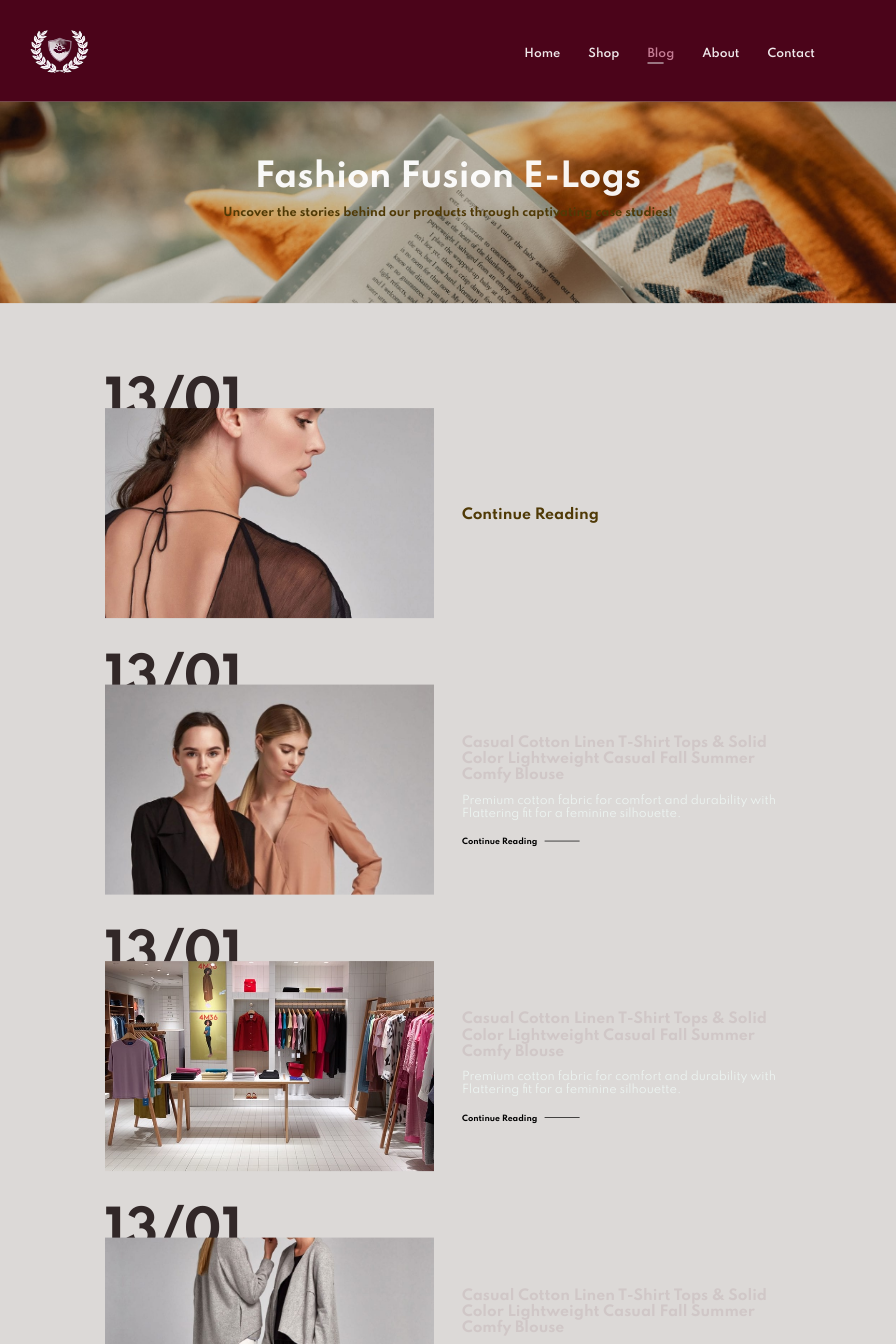
Repository: JhananiNallasamy/ECommerce-website-deployment
Page: blog.html
An editor plug-in stored every save of this project. The page is shown before and after a run of saves, followed by the edit.
The browser window is 1280 px wide. The pictures show the part of the page from y = 0 to 1920 px (the page is 3598 px tall), at 70% of full size.
Some web libraries are served in a nearby version.

Above is the page before, as saved 2024-05-05 10:34:44.

### blog.html
<!DOCTYPE html>
<html lang="en">
<head>
    <meta charset="UTF-8">
    <meta name="viewport" content="width=device-width, initial-scale=1.0">
    <title>E-COMMERCE WEBSITE</title>
    <link rel="stylesheet" href="https://pro.fontawesome.com/releases/v5.10.0/css/all.css"/>
    <link rel="stylesheet" href="style.css">
</head>

<body style="background-color: rgba(157, 149, 144, 0.353);">
    <section id="header">
        <a href="#"> <img src="img/logo.png" height="80px", width="90px" class="logo" alt="logo"> </a>

        <div>
            <ul id="navbar">
                <li><a href="index.html">Home</a></li>
                <li><a>Shop</a></li>
                <li><a class="active" href="blog.html">Blog</a></li>
                <li><a href="about.html">About</a></li>
                <li><a href="contact.html">Contact</a></li>
                <li id="lg-bag"><a href="cart.html"><i class="far fa-shopping-bag"></i></a></li>
                <a href="#" id="close"><i class="far fa-times"></i></a>
            </ul>
        </div>
        <div id="mobile">
            <a href="cart.html"><i class="far fa-shopping-bag"></i></a>
            <i id="bar" class="fas fa-outdent"></i>
        </div>
    </section>

    <!--nav bar code at top is over -->

    <section id="page-header" class="blog-header">

        <h2 style="color: #fffffff1">Fashion Fusion E-Logs</h2>
        <p style="color: #503a06; font-weight: bold;">Uncover the stories behind our products through captivating case studies!</p><br>
    </section>

    <section id="blog">
        <div class="blog-box">
            <div class="blog-img">
                <img src="img/blog/b1.jpg" alt="b1 in blog">
            </div>
            <div class="blog-details">
            <h4 style="color: #503a06;> Casual Cotton Linen T-Shirt Tops & Solid Color Lightweight Casual Fall Summer Comfy Blouse </h4>
            <p>Premium cotton fabric for comfort and durability with Flattering fit for a feminine silhouette.</p>
            <a href="#"> Continue Reading </a>
            </div>
            <h1>13/01</h1>
        </div>
        <div class="blog-box">
            <div class="blog-img">
                <img src="img/blog/b2.jpg" alt="b2 in blog">
            </div>
            <div class="blog-details">
            <h4> Casual Cotton Linen T-Shirt Tops & Solid Color Lightweight Casual Fall Summer Comfy Blouse </h4>
            <p>Premium cotton fabric for comfort and durability with Flattering fit for a feminine silhouette.</p>
            <a href="#"> Continue Reading </a>
            </div>
            <h1>13/01</h1>
        </div>
        <div class="blog-box">
            <div class="blog-img">
                <img src="img/blog/b3.jpg" alt="b3 in blog">
            </div>
            <div class="blog-details">
            <h4> Casual Cotton Linen T-Shirt Tops & Solid Color Lightweight Casual Fall Summer Comfy Blouse </h4>
            <p>Premium cotton fabric for comfort and durability with Flattering fit for a feminine silhouette.</p>
            <a href="#"> Continue Reading </a>
            </div>
            <h1>13/01</h1>
        </div>
        <div class="blog-box">
            <div class="blog-img">
                <img src="img/blog/b4.jpg" alt="b4 in blog">
            </div>
            <div class="blog-details">
            <h4> Casual Cotton Linen T-Shirt Tops & Solid Color Lightweight Casual Fall Summer Comfy Blouse </h4>
            <p>Premium cotton fabric for comfort and durability with Flattering fit for a feminine silhouette.</p>
            <a href="#"> Continue Reading </a>
            </div>
            <h1>13/01</h1>
        </div>
        <div class="blog-box">
            <div class="blog-img">
                <img src="img/blog/b5.jpg" alt="b5 in blog">
            </div>
            <div class="blog-details">
            <h4> Casual Cotton Linen T-Shirt Tops & Solid Color Lightweight Casual Fall Summer Comfy Blouse </h4>
            <p>Premium cotton fabric for comfort and durability with Flattering fit for a feminine silhouette.</p>
            <a href="#"> Continue Reading </a>
            </div>
            <h1>13/01</h1>
        </div>



    </section>
        <section id="pagination" class="section-p1">
        <a href="#">1</a>
        <a href="#">2</a>
        <a href="#"><i class="fal fa-long-arrow-alt-right"></i></a>
        </section>


    <section id="newsletter" class="section-p1 section-m1">
        <div class="newstext">
            <h4>Sign Up for Newsletters</h4>
            <p>Get E-mail updates about our latest shop and <span>special offers</span>.</p>
        </div>
        <div class="form">
            <input type="text" placeholder="Your E-mail Address">
            <button class="normal">Sign Up</button>
        </div>
    </section>

    <footer class="section-p1">
        <div class="col">
            <img class="logo" src="img/logo.png" alt="logo image">
            <h4 style="color: maroon;">Contact</h4>
            <p style="color: maroon;"><strong>Address:</strong>103 Washington Road,Street32,SanFransico</p>
            <p style="color: maroon;"><strong>Phone:</strong>(+91) 78936 41730</p>
            <p style="color: maroon;"><strong>Hours:</strong>24 hrs,Mon-Sun</p>
            <div class="follow">
                <h4 style="color: rgb(32, 2, 2);">Follow Us</h4>
                <div class="icon">
                    <i class="fab fa-facebook-f"></i>
                    <i class="fab fa-twitter"></i>
                    <i class="fab fa-instagram"></i>
                    <i class="fab fa-pinterest-p"></i>
                    <i class="fab fa-youtube"></i>
                </div>
            </div>
        </div>
        <div class="col">
            <h4 style="color: maroon;">About</h4>
            <a href="#">About Us</a>
            <a href="#">Delivery Information</a>
            <a href="#">Privacy Policy</a>
            <a href="#">Terms & Conditions</a>
            <a href="#">Contact Us</a>
        </div>
        <div class="col">
            <h4 style="color: maroon;">My Account</h4>
            <a href="#">Sign In</a>
            <a href="#">View Cart</a>
            <a href="#">My Wishlist</a>
            <a href="#">Track My Order</a>
            <a href="#">Help</a>
        </div>
        <div class="col install">
            <h4 style="color: maroon;">Install App</h4>
            <p style="color: rgb(29, 2, 2);">From App Store or Google Play</p>
            <div class="row">
                <img src="img/pay/app.jpg" alt="app img in pay folder">
                <img src="img/pay/play.jpg" alt="play img in pay folder">
            </div>
            <p style="color: rgb(30, 2, 2);">Secured Payment Gateways</p>
            <img src="img/pay/pay.png"  alt="pay img inside pay folder">
        </div>
            <div class="copyright">
                <p style="color: rgb(14, 1, 1);">© 2025, Jhanani - HTML CSS Ecommerce Template</p>
            </div>
        </footer>


    <script src="script.js"></script>

</body>
</html>

Loaded but not shown: script.js (17 lines, source omitted); style.css (858 lines, source omitted)

After the next 2 saves:
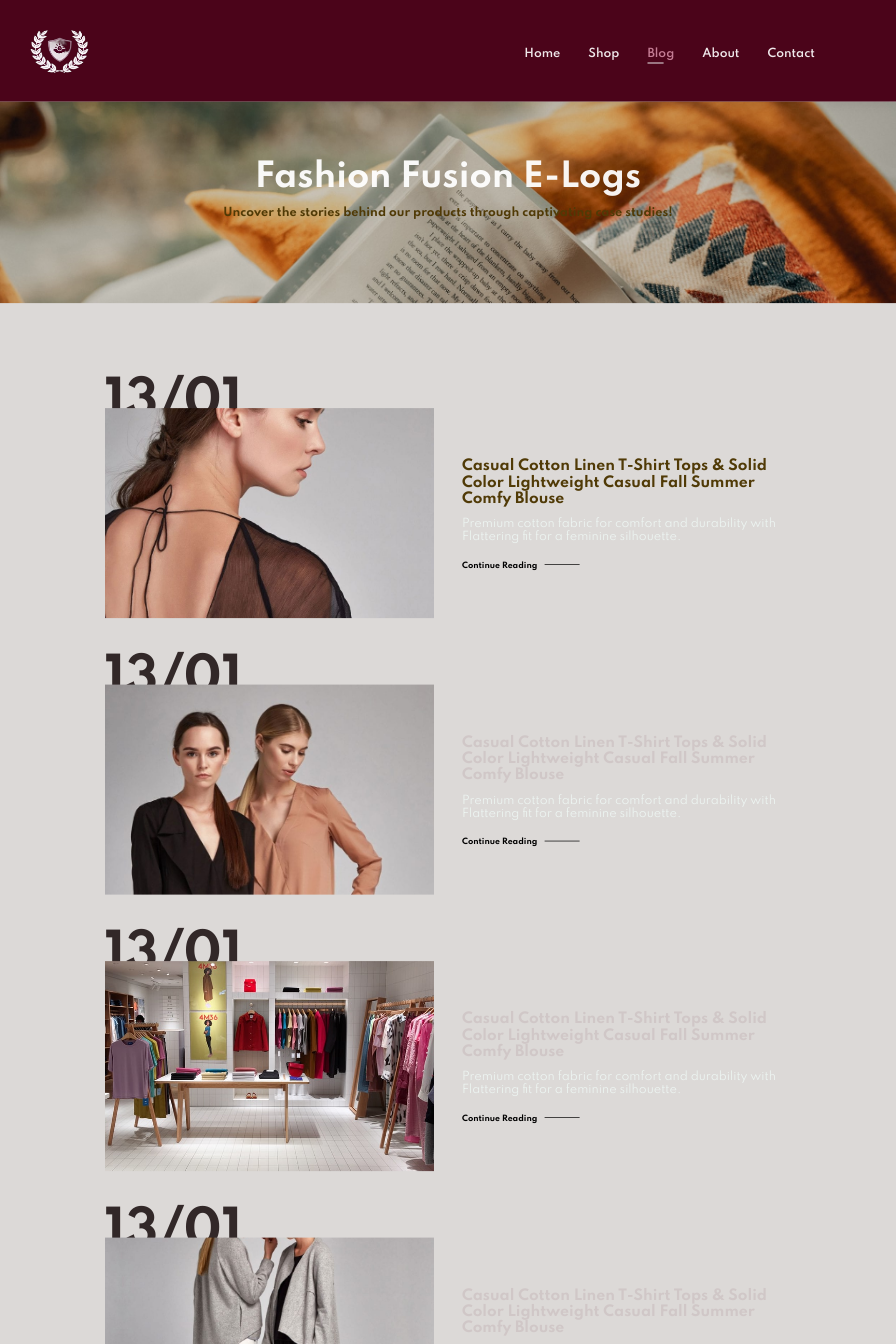
The 2 saves are shown as one change because they came seconds apart.
The last was saved 7 s later.
--- a/blog.html
+++ b/blog.html
@@ -43,7 +43,7 @@
                 <img src="img/blog/b1.jpg" alt="b1 in blog">
             </div>
             <div class="blog-details">
-            <h4 style="color: #503a06;> Casual Cotton Linen T-Shirt Tops & Solid Color Lightweight Casual Fall Summer Comfy Blouse </h4>
+            <h4 style="color: #503a06;"> Casual Cotton Linen T-Shirt Tops & Solid Color Lightweight Casual Fall Summer Comfy Blouse </h4>
             <p>Premium cotton fabric for comfort and durability with Flattering fit for a feminine silhouette.</p>
             <a href="#"> Continue Reading </a>
             </div>
